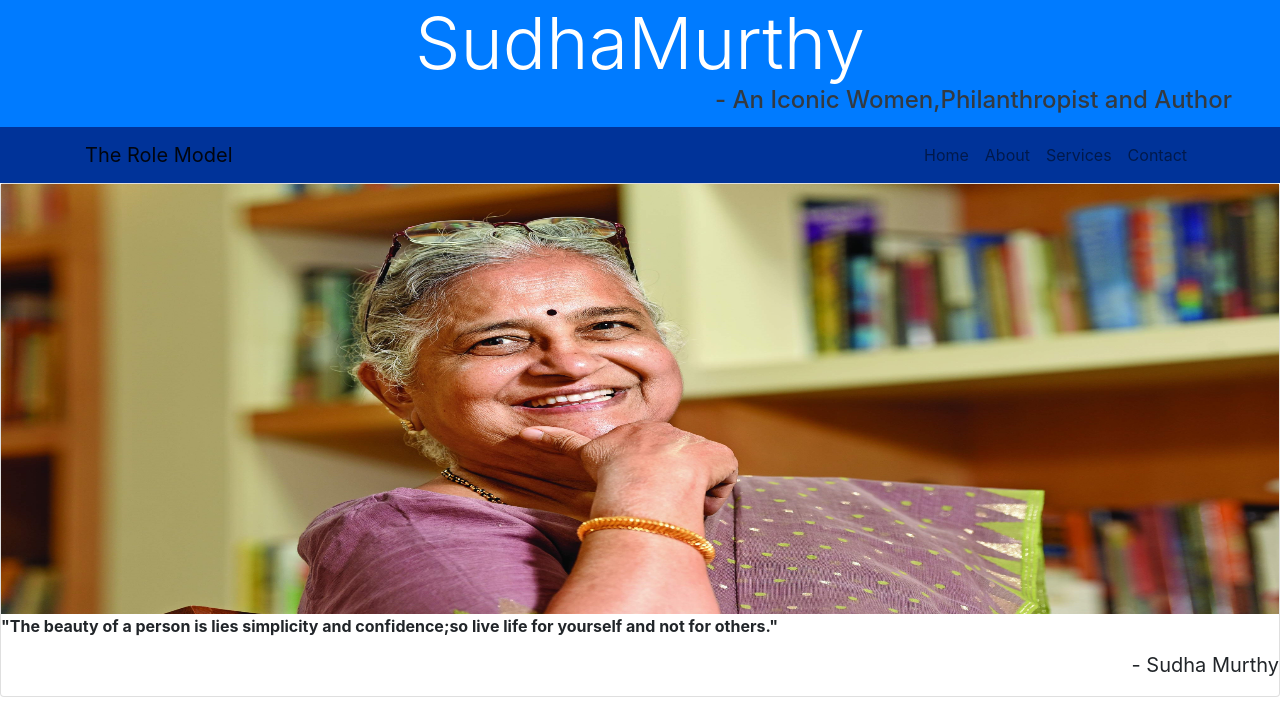
Repository: sumanthr18/RoleModel
Page: index.html
An editor plug-in stored every save of this project. The page is shown before and after the next save, followed by the edit.
The browser window is 1280 px wide. The pictures show the whole page.

Above is the page before, as saved 2020-03-14 17:19:22.

After the next save:
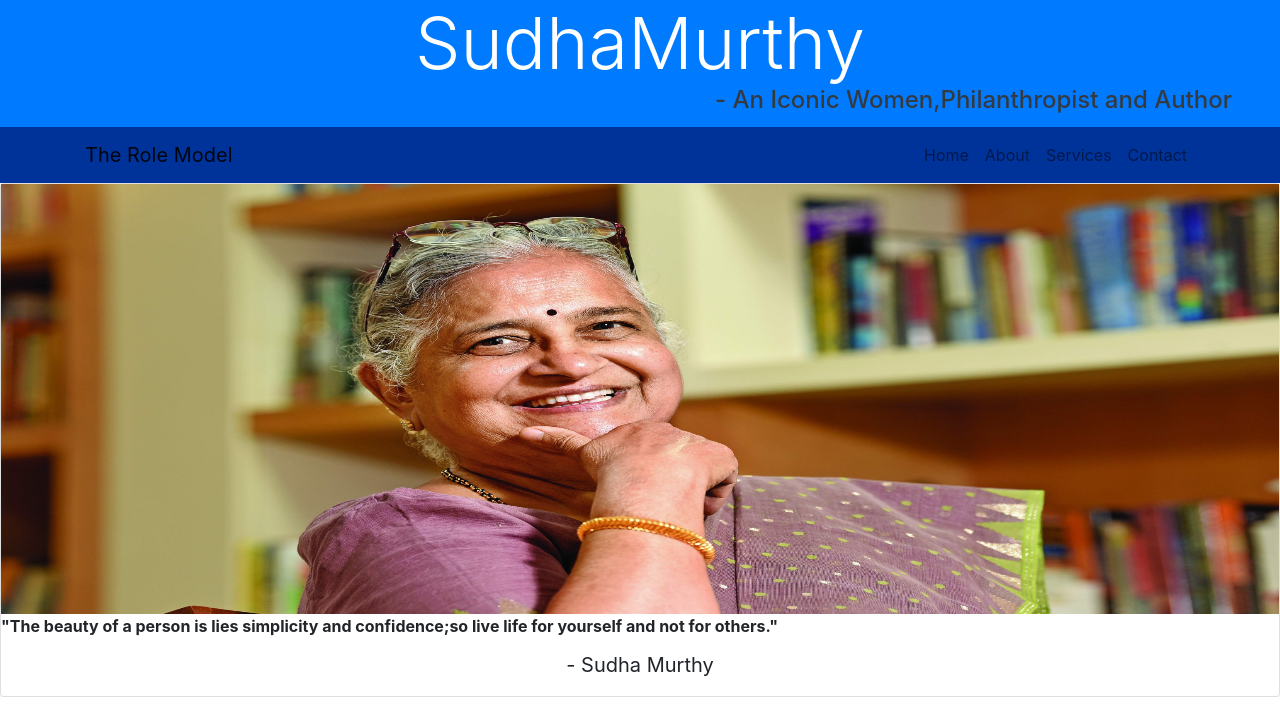
Saved 11 s later.
--- a/index.html
+++ b/index.html
@@ -38,7 +38,7 @@
     <div class="card">
         <img class="" style="width:100%;height:430px" src="Sudha_Murty_1-update.jpg">
         <div class="card-title" style="font-weight: bold;">"The beauty of a person is lies simplicity and confidence;so live life for yourself and not for others."</div>
-        <footer class="blockquote text-right">- Sudha Murthy</footer>
+        <footer class="blockquote text-center">- Sudha Murthy</footer>
     </div>
 </body>
 </html>
